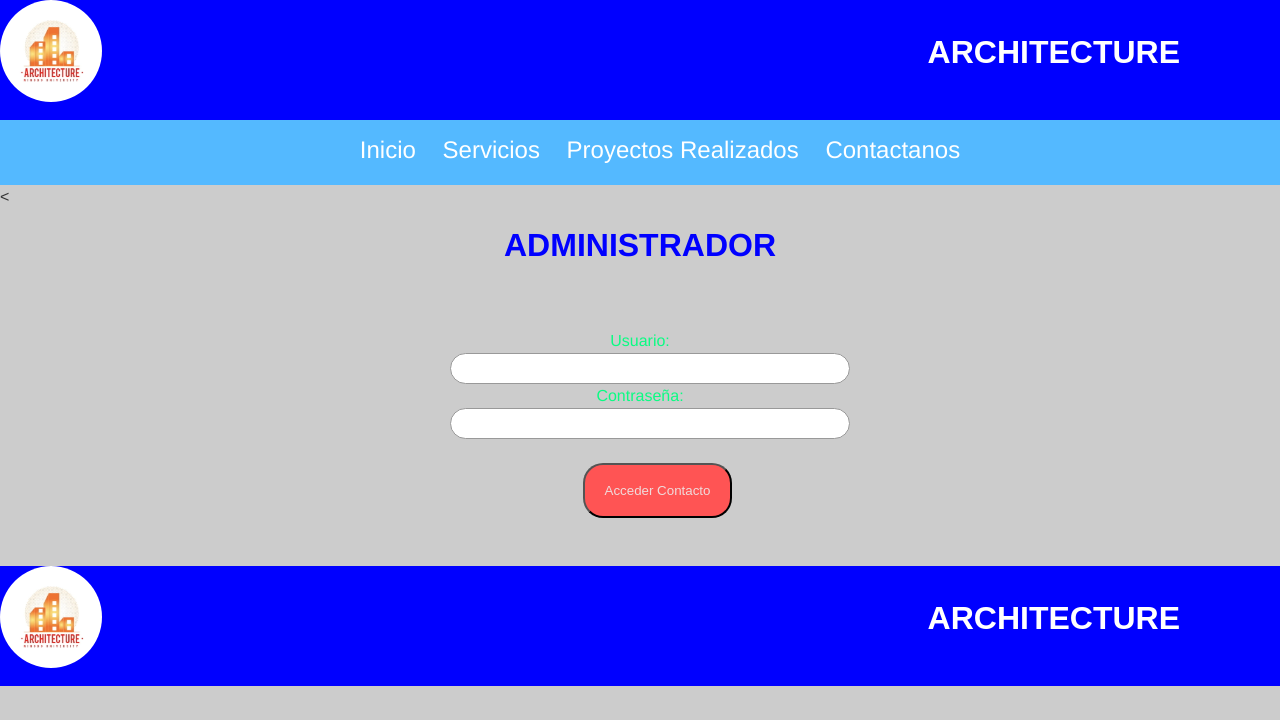
Repository: gabrielestrella18/htdocs
Page: http://localhost/arquitectos/login.php
These files come from the project's save history. The page is drawn as it stood at one moment and after the next save; the edit follows.
The browser window is 1280 px wide. The pictures show the whole page.
The page is run by PHP 8.4 with error messages shown; the project is at /var/www/html/.

Above is the page before, as saved 2023-12-10 01:18:06.

After the next save:
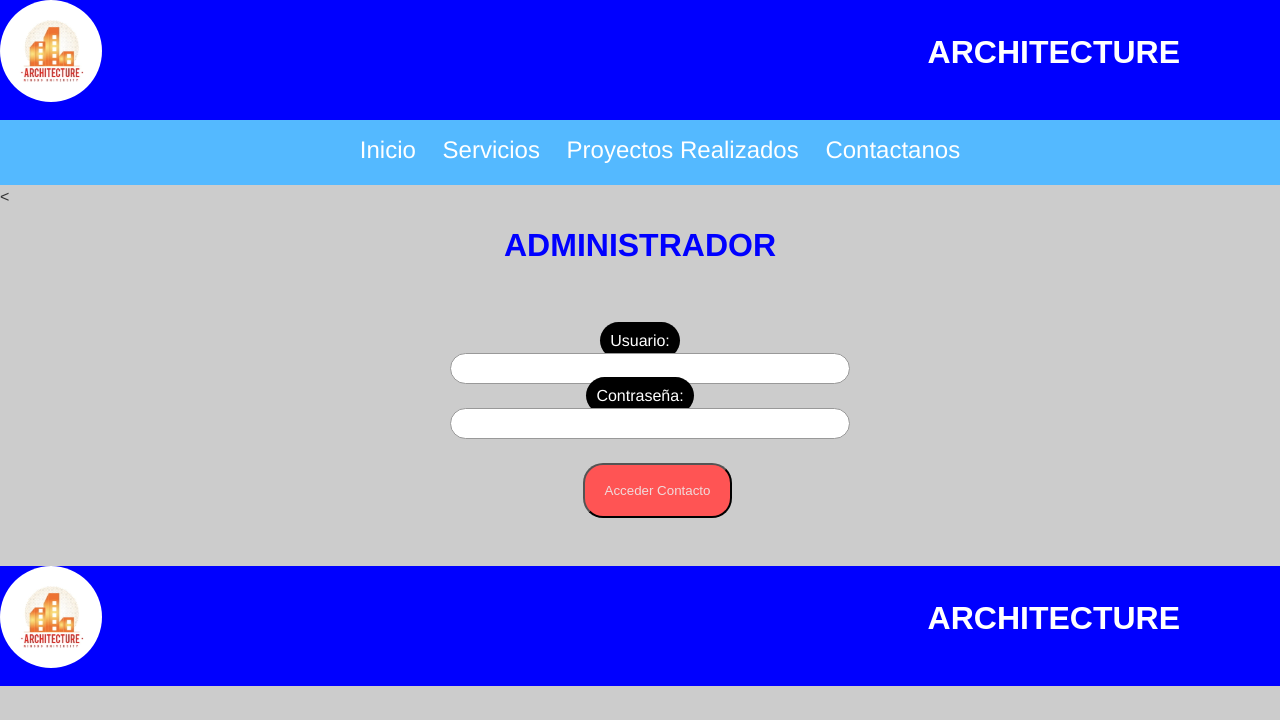
Saved 74 s later.
--- a/arquitectos/estilo.css
+++ b/arquitectos/estilo.css
@@ -306,5 +306,11 @@ h4 {
 }
 
 label {
-    color: #0afc83;
-}
+    color: white;
+    background-color: black;
+    border-radius: 20px;
+    padding-top: 10px;
+    padding-bottom: 10px;
+    padding-left: 10px;
+    padding-right: 10px;
+}
